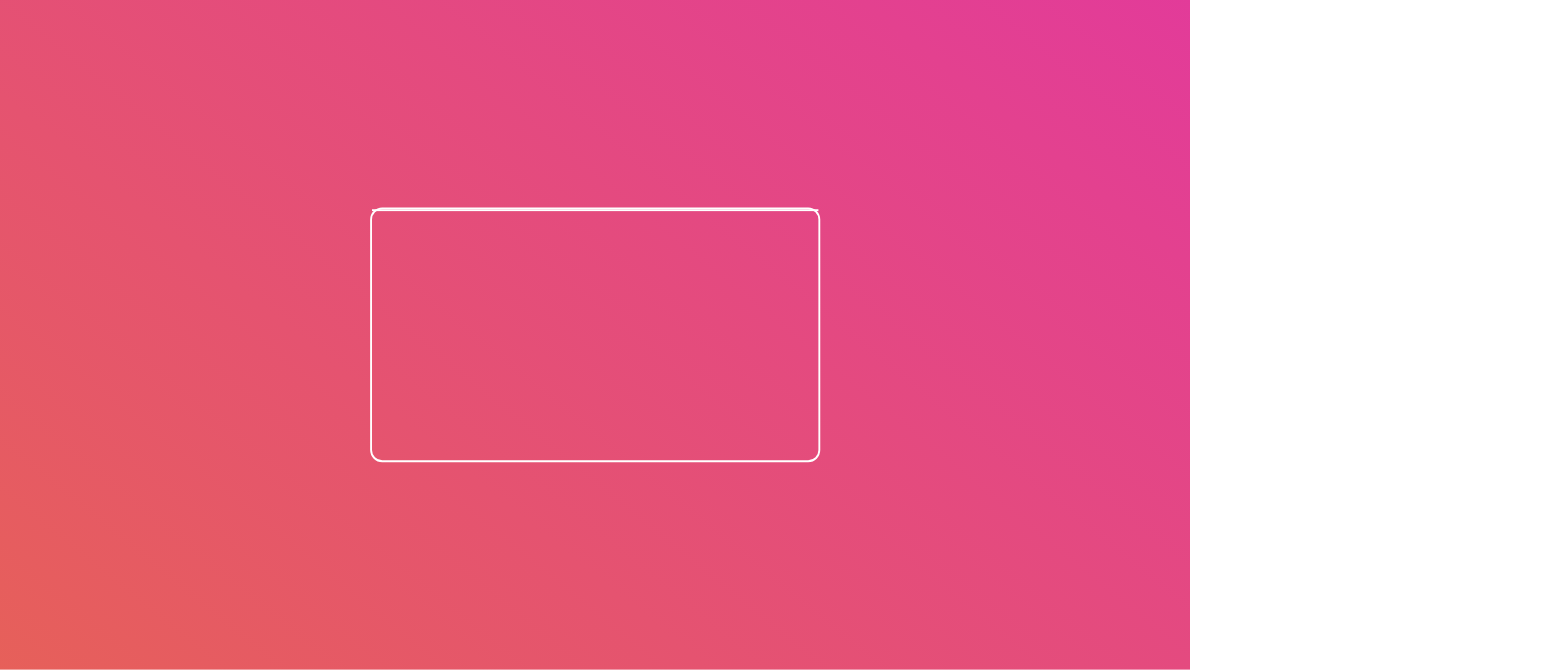
Repository: wrzonki/3d-css
Page: index.html
These files come from the project's save history. The page is drawn as it stood at one moment and after the next save; the edit follows.
The browser window is 1280 px wide. The page is 1280 px wide, then 1680 px, then 1280 px, so the pictures cover 1680 px, including what lies to the right of the window. The pictures show the whole page, at 93% of full size.
The style sheet was rebuilt from its Sass, Less or Tailwind sources for each picture, by a compiler version that may differ from the author's.

Above is the page before, as saved 2019-11-25 20:58:43.

### index.html
<!DOCTYPE html>
<html lang="en">
<head>
    <meta charset="UTF-8">
    <meta name="viewport" content="width=device-width, initial-scale=1.0">
    <meta http-equiv="X-UA-Compatible" content="ie=edge">
    <link rel="stylesheet" href="index.css">
    <title>Document</title>
</head>
<body>
    <div id="wrapper">
        <div id="device" class="desktop">
            <div class="bar"></div>
        </div>
    </div>
</body>
</html>

### index.scss
body {
    margin: 0;
    padding: 0;
}

#wrapper {
    width: 100vw;
    height: 100vh;
    display: flex;
    justify-content: center;
    align-items: center;
    background: linear-gradient(219deg, #dc00ff, #ec9400);
    background-size: 400% 400%;
    -webkit-animation: AnimationName 13s ease infinite;
    -moz-animation: AnimationName 13s ease infinite;
    -o-animation: AnimationName 13s ease infinite;
    animation: AnimationName 13s ease infinite;
    @-webkit-keyframes AnimationName {
        0%{background-position:22% 0%}
        50%{background-position:79% 100%}
        100%{background-position:22% 0%}
    }
    @-moz-keyframes AnimationName {
        0%{background-position:22% 0%}
        50%{background-position:79% 100%}
        100%{background-position:22% 0%}
    }
    @-o-keyframes AnimationName {
        0%{background-position:22% 0%}
        50%{background-position:79% 100%}
        100%{background-position:22% 0%}
    }
    @keyframes AnimationName {
        0%{background-position:22% 0%}
        50%{background-position:79% 100%}
        100%{background-position:22% 0%}
    }
}


#device {
    .bar {
        width: 100%;
        height: 2px;
        background-color: #fff;
    }
    $desktopRatioScale: 30px;
    $desktopWidth: 16 ;
    $desktopheight: 9;

    $tabletRatioScale: 80px;
    $tabletWidth: 3;
    $tabletheight: 4;

    $smartphoneRatioScale: 20px;
    $smartphoneWidth: 9;
    $smartphoneheight: 19.5;

    border: 2px solid #fff;
    border-radius: 13px;
    &.desktop {
        width: $desktopWidth * $desktopRatioScale;
        height: $desktopheight * $desktopRatioScale;
        &.bar {
            top: 10px;
        }
    }
    &.tablet {
        width: $tabletWidth * $tabletRatioScale;
        height: $tabletheight * $tabletRatioScale;
    }

    &.smartphone {
        width: $smartphoneWidth * $smartphoneRatioScale;
        height: $smartphoneheight * $smartphoneRatioScale;
    }

}

After the next save:
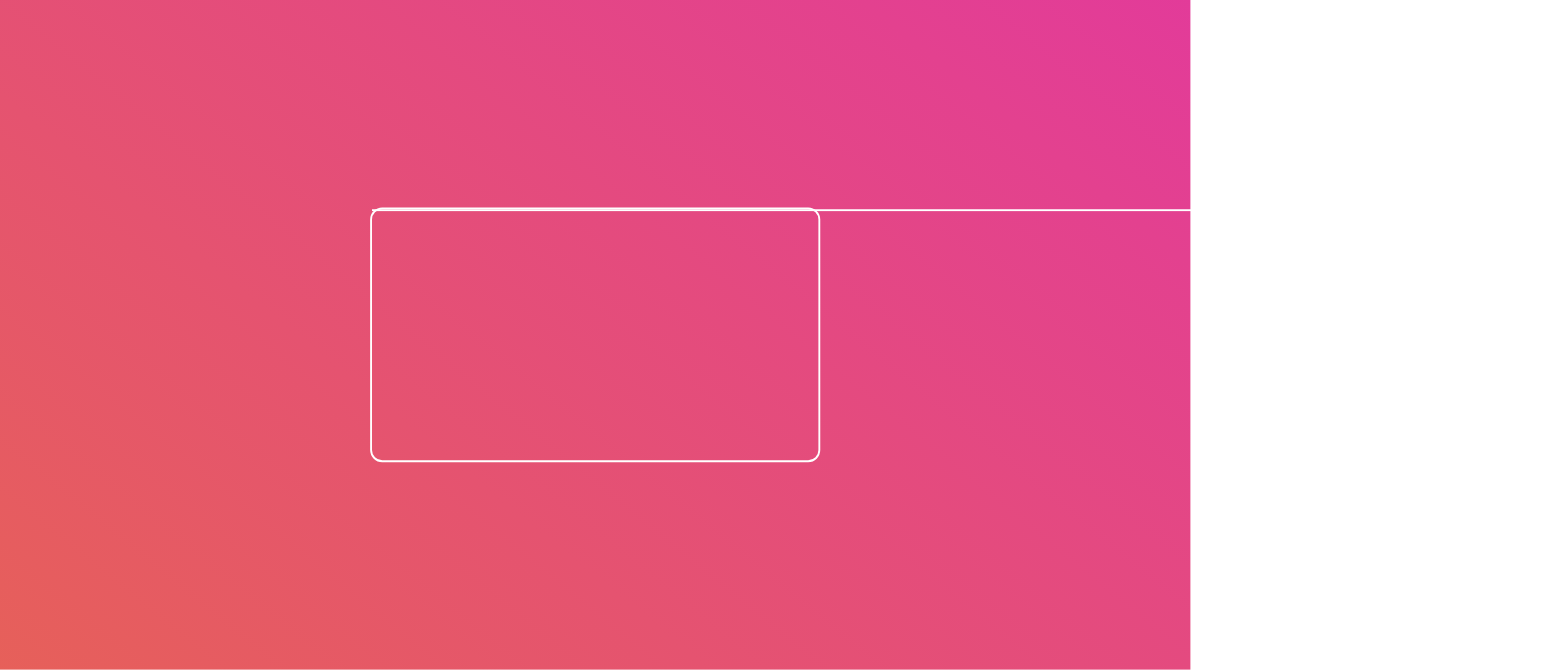
Saved 7 s later.
--- a/index.scss
+++ b/index.scss
@@ -43,6 +43,7 @@
         width: 100%;
         height: 2px;
         background-color: #fff;
+        position: absolute;
     }
     $desktopRatioScale: 30px;
     $desktopWidth: 16 ;

After the save that followed:
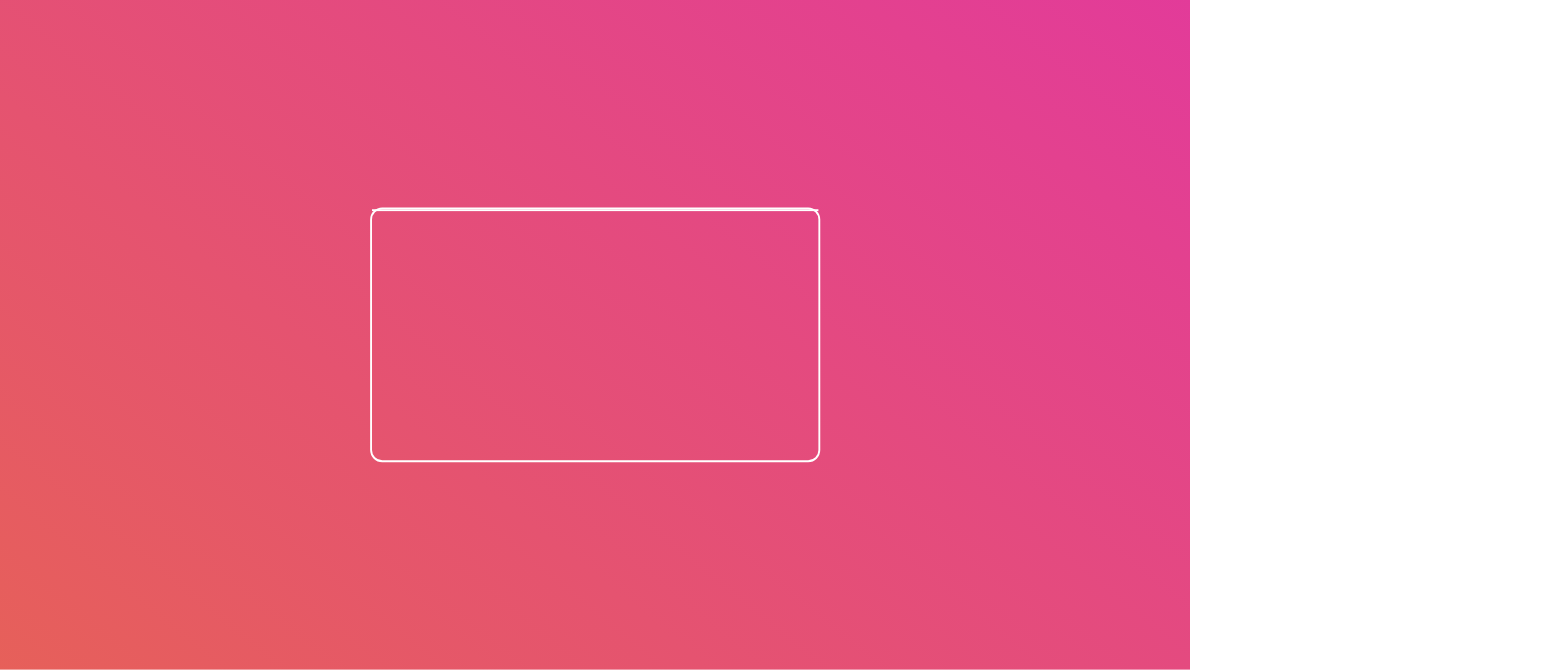
Saved 13 s later.
--- a/index.scss
+++ b/index.scss
@@ -39,6 +39,9 @@
 
 
 #device {
+    border: 2px solid #fff;
+    border-radius: 13px;
+    position: relative;
     .bar {
         width: 100%;
         height: 2px;
@@ -57,8 +60,7 @@
     $smartphoneWidth: 9;
     $smartphoneheight: 19.5;
 
-    border: 2px solid #fff;
-    border-radius: 13px;
+
     &.desktop {
         width: $desktopWidth * $desktopRatioScale;
         height: $desktopheight * $desktopRatioScale;
